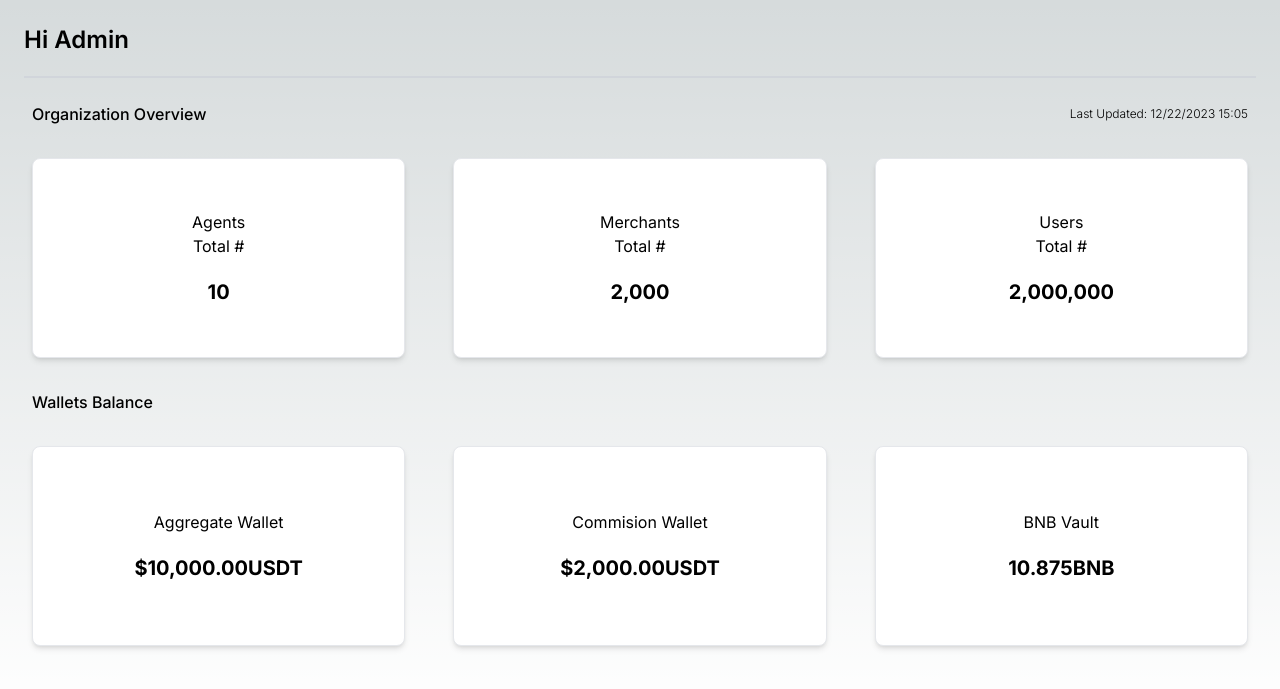
Repository: khairul35/merchant-dashboard
Page: /home
The author's editor kept a copy of each file at every save. The page is drawn from the files as they stood at one save, then again after the next save.
The browser window is 1280 px wide. The pictures show the whole page.
The project was rebuilt for these pictures with package versions that can differ from the ones it lists, and the page was loaded fresh each time. The framework's server and built-in components were replaced by stand-ins that run in the browser. Also part of the build but not shown: next.config.js, app/components/layout/Header/index.module.css, app/components/layout/Header/index.component.tsx, app/components/layout/Navigation/index.module.css, app/components/layout/Navigation/index.component.tsx, app/components/layout/Navigation/menus.tsx.

Above is the page before, as saved 2024-01-03 17:41:12.

After the next save:
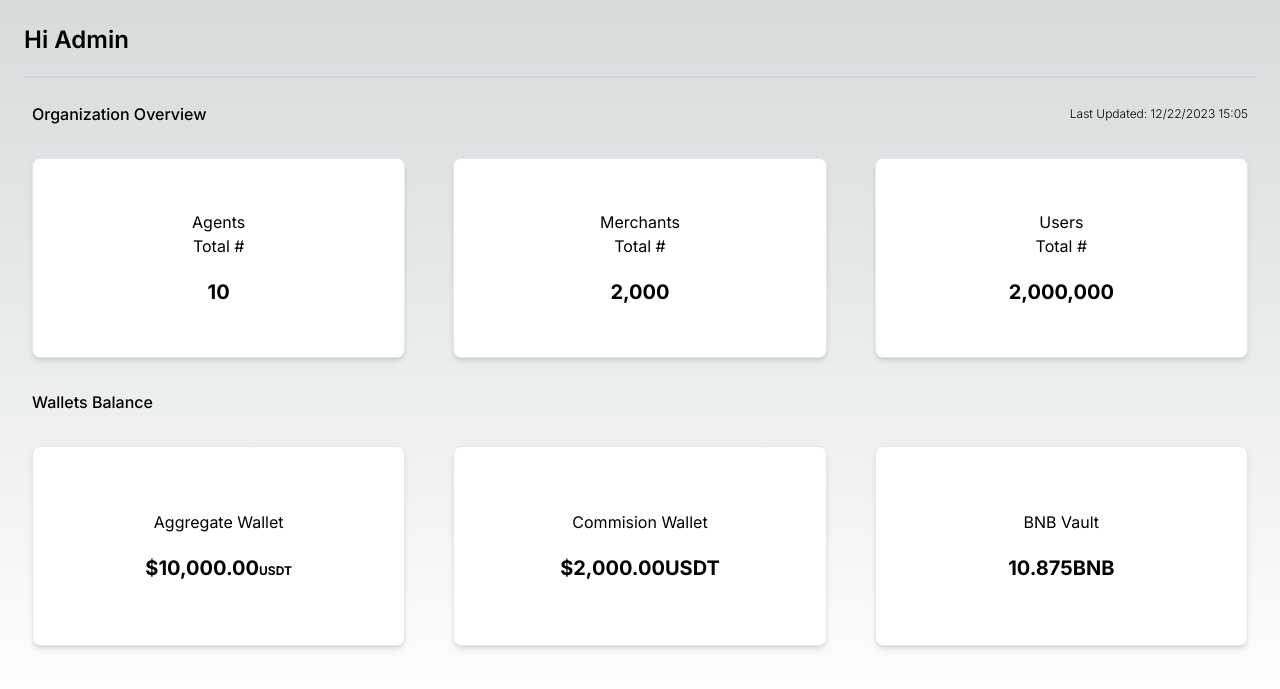
Saved 8 s later.
--- a/app/home/wallet-balance/index.component.tsx
+++ b/app/home/wallet-balance/index.component.tsx
@@ -16,7 +16,7 @@
                         <div style={{textAlign: 'center'}}>Aggregate Wallet</div>
                         <div className="font-bold text-xl pt-5">
                             <span>{formatMoney(aggregateWallet, 'USD')}</span>
-                            <span className="font-xs">USDT</span>
+                            <span className="text-xs">USDT</span>
                         </div>
                     </Card>
                 </div>
